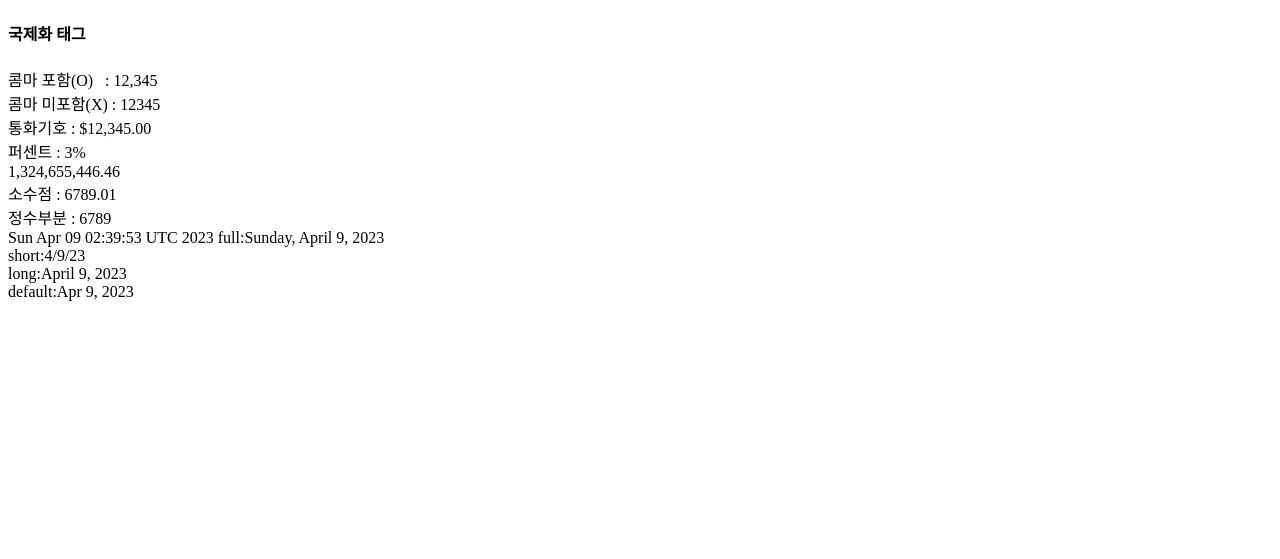
Repository: parkho96/testnum2
Page: http://localhost/jspstudy/11JSTL/Formatting.jsp
The author's editor kept a copy of each file at every save. The page is drawn from the files as they stood at one save, then again after the next save.
The browser window is 1280 px wide. The pictures show the whole page.
The page is served by Tomcat 9. Other server files are loaded and not shown.

Above is the page before, as saved 2023-04-10 07:02:01.

### workjsp/jspstudy/src/main/webapp/11JSTL/Formatting.jsp
<%@ page language="java" contentType="text/html; charset=UTF-8"
    pageEncoding="UTF-8"%>
<%@ taglib prefix="c" uri="http://java.sun.com/jsp/jstl/core" %>
<%@ taglib prefix="fmt" uri="http://java.sun.com/jsp/jstl/fmt" %>
<!DOCTYPE html>
<html>
<head>
<meta charset="UTF-8">
<title>Insert formatting</title>
</head>
<body>
	<h4>국제화 태그</h4>
	<c:set var="number1" value="12345"/>
	콤마 포함(O)&nbsp;&nbsp; : <fmt:formatNumber value="${number1}"/><br>
	콤마 미포함(X) : <fmt:formatNumber value="${number1}" groupingUsed="false"/><br>

	<fmt:formatNumber value="${number1}" type="currency" currencySymbol="$" var="print1"/>
	통화기호 : ${print1}<br>

	<fmt:formatNumber value="0.03" type="percent" var="print2" scope="page"/>
	퍼센트 : ${print2}<br>

	<!-- 일반 숫자를 형식화 할때  1111 -> 1,111-->
	<fmt:formatNumber value="1324655446.456" pattern="0,000.00"/><br>

	<!-- 형식화된 숫자를 일반화 할때  1,111 -> 1111 그냥 형식화도 가능-->
	<c:set var="number2" value="6,789.01"/>
	<fmt:parseNumber value="${number2}" pattern="00,000.00" var="print3" />
	소수점 : ${print3}<br>

	<fmt:parseNumber value="${number2}" integerOnly="true" var="print4" />
	정수부분 : ${print4}<br>


	<c:set var="today" value="<%=new java.util.Date() %>" />
	${today}
	full:<fmt:formatDate value="${today}" type="date" dateStyle="full"/><br>
	short:<fmt:formatDate value="${today}" type="date" dateStyle="short"/><br>
	long:<fmt:formatDate value="${today}" type="date" dateStyle="long"/><br>
	default:<fmt:formatDate value="${today}" type="date" dateStyle="default"/><br>






</body>
</html>

After the next save:
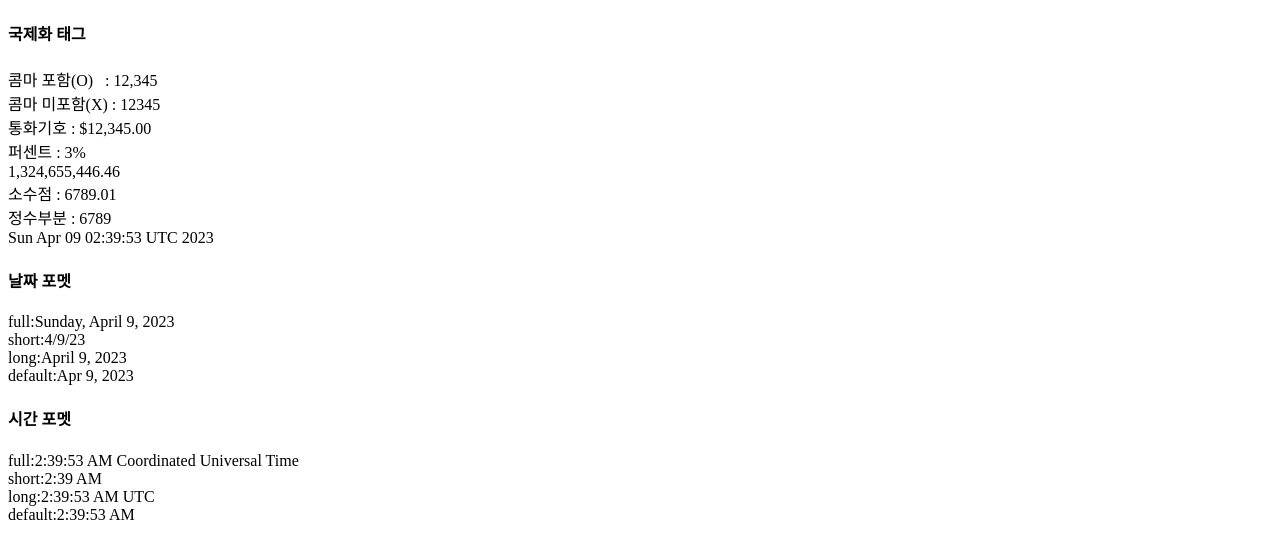
Saved 104 s later.
--- a/workjsp/jspstudy/src/main/webapp/11JSTL/Formatting.jsp
+++ b/workjsp/jspstudy/src/main/webapp/11JSTL/Formatting.jsp
@@ -33,11 +33,18 @@
 
 
 	<c:set var="today" value="<%=new java.util.Date() %>" />
-	${today}
+	${today}<br>
+	<h4>날짜 포멧</h4>
 	full:<fmt:formatDate value="${today}" type="date" dateStyle="full"/><br>
 	short:<fmt:formatDate value="${today}" type="date" dateStyle="short"/><br>
 	long:<fmt:formatDate value="${today}" type="date" dateStyle="long"/><br>
 	default:<fmt:formatDate value="${today}" type="date" dateStyle="default"/><br>
+
+	<h4>시간 포멧</h4>
+	full:<fmt:formatDate value="${today}" type="time" timeStyle="full"/><br>
+	short:<fmt:formatDate value="${today}" type="time" timeStyle="short"/><br>
+	long:<fmt:formatDate value="${today}" type="time" timeStyle="long"/><br>
+	default:<fmt:formatDate value="${today}" type="time" timeStyle="default"/><br>
 
 
 
